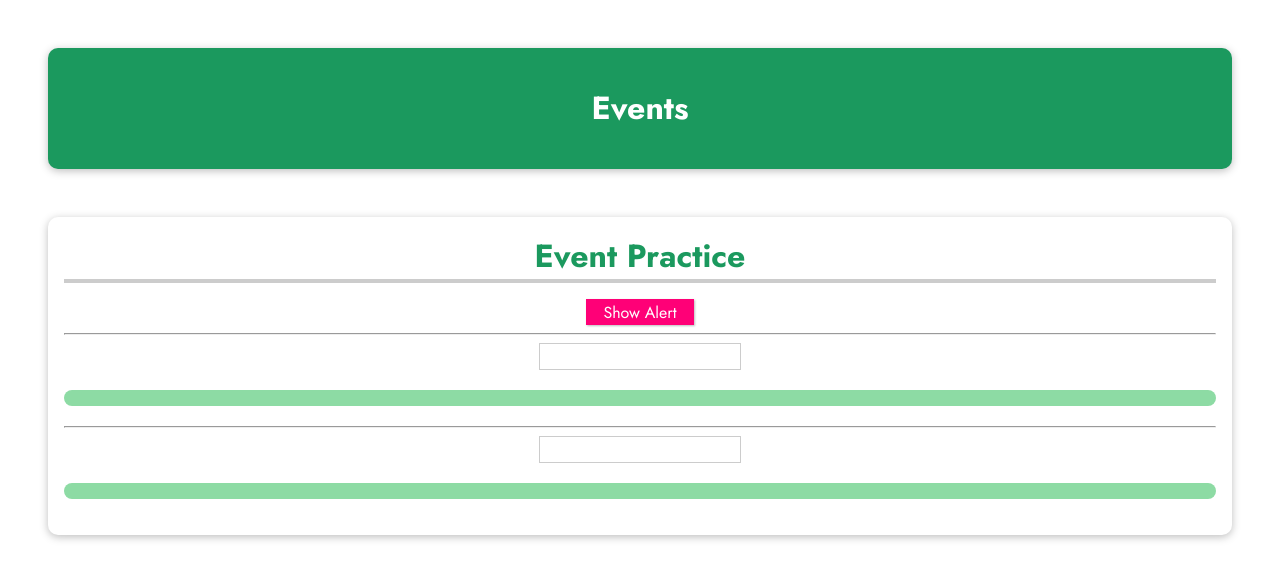
Repository: zmarkoni/Vue-The-Complete-Guide
Page: basics-assignment-2-problem/index.html
The author's editor kept a copy of each file at every save. The page is drawn from the files as they stood at one save, then again after a run of saves.
The browser window is 1280 px wide. The pictures show the whole page.

Above is the page before, as saved 2020-12-30 10:37:31.

After the next 2 saves:
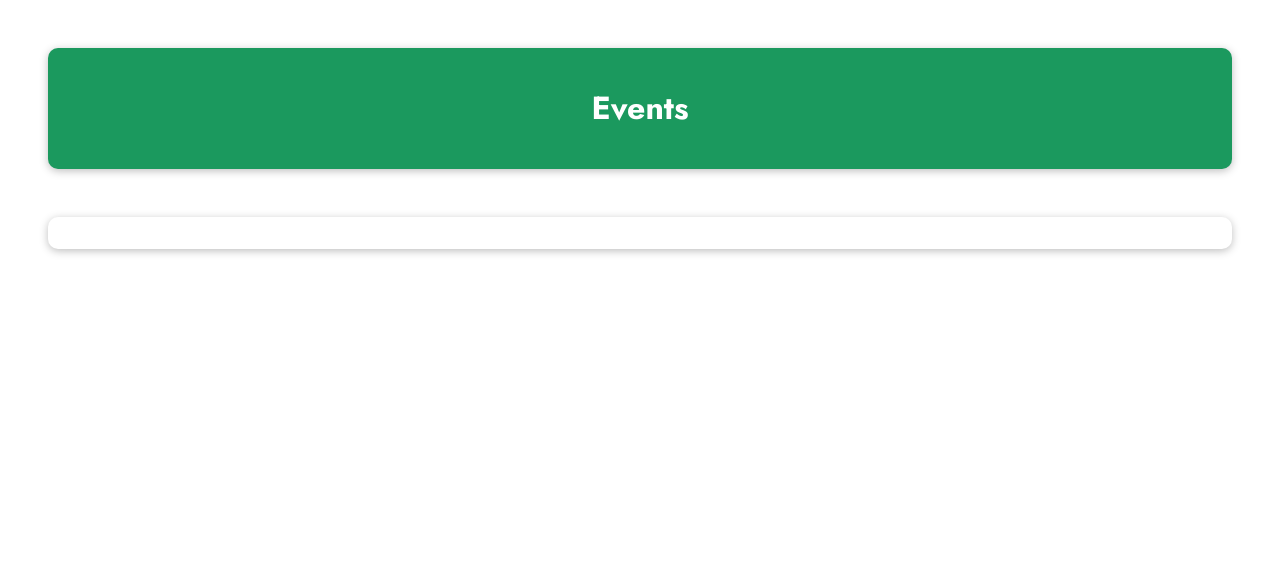
Console error: SyntaxError: Unexpected token ','
The 2 saves are shown as one change because they came seconds apart.
The last was saved 13 s later.
--- a/basics-assignment-2-problem/index.html
+++ b/basics-assignment-2-problem/index.html
@@ -22,7 +22,7 @@
       <button v-on:click="buttonHandler">Show Alert</button>
       <hr />
       <!-- 2) Register the user input on "keydown" and output it in the paragraph (hint: event.target.value helps) -->
-      <input type="text" />
+      <input type="text" v-on:/>
       <p>{{ userData }}</p>
       <hr />
       <!-- 3) Repeat 2) but only output the entered value if the ENTER key was pressed -->

After the save that followed:
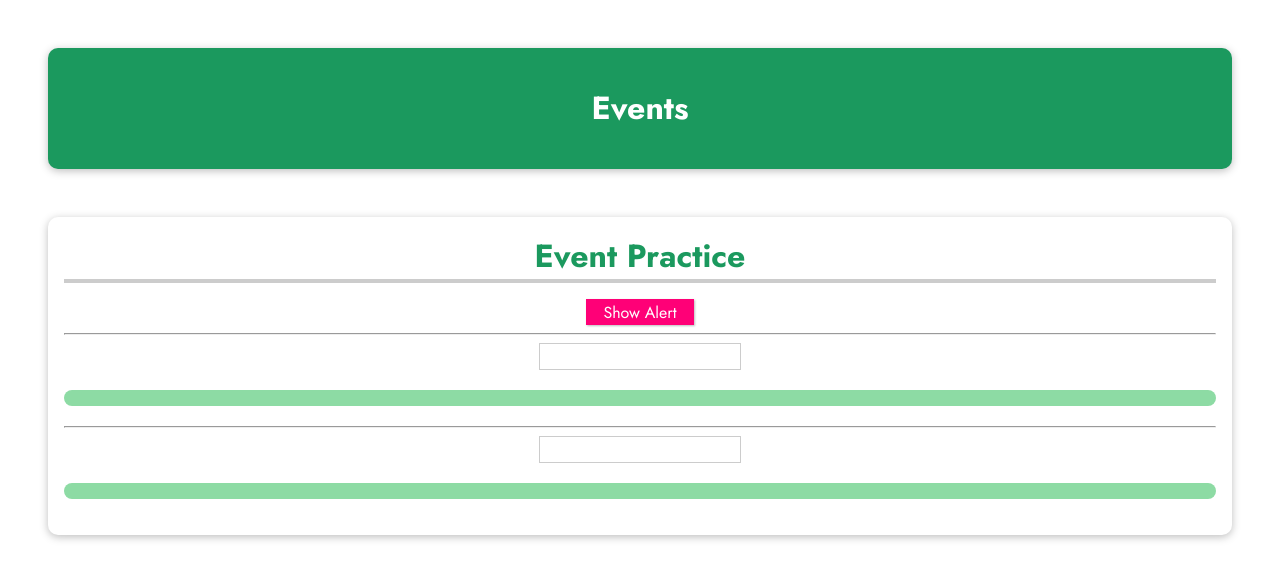
The error is gone.
Saved 22 s later.
--- a/basics-assignment-2-problem/index.html
+++ b/basics-assignment-2-problem/index.html
@@ -22,7 +22,7 @@
       <button v-on:click="buttonHandler">Show Alert</button>
       <hr />
       <!-- 2) Register the user input on "keydown" and output it in the paragraph (hint: event.target.value helps) -->
-      <input type="text" v-on:/>
+      <input type="text" v-on:onput/>
       <p>{{ userData }}</p>
       <hr />
       <!-- 3) Repeat 2) but only output the entered value if the ENTER key was pressed -->
